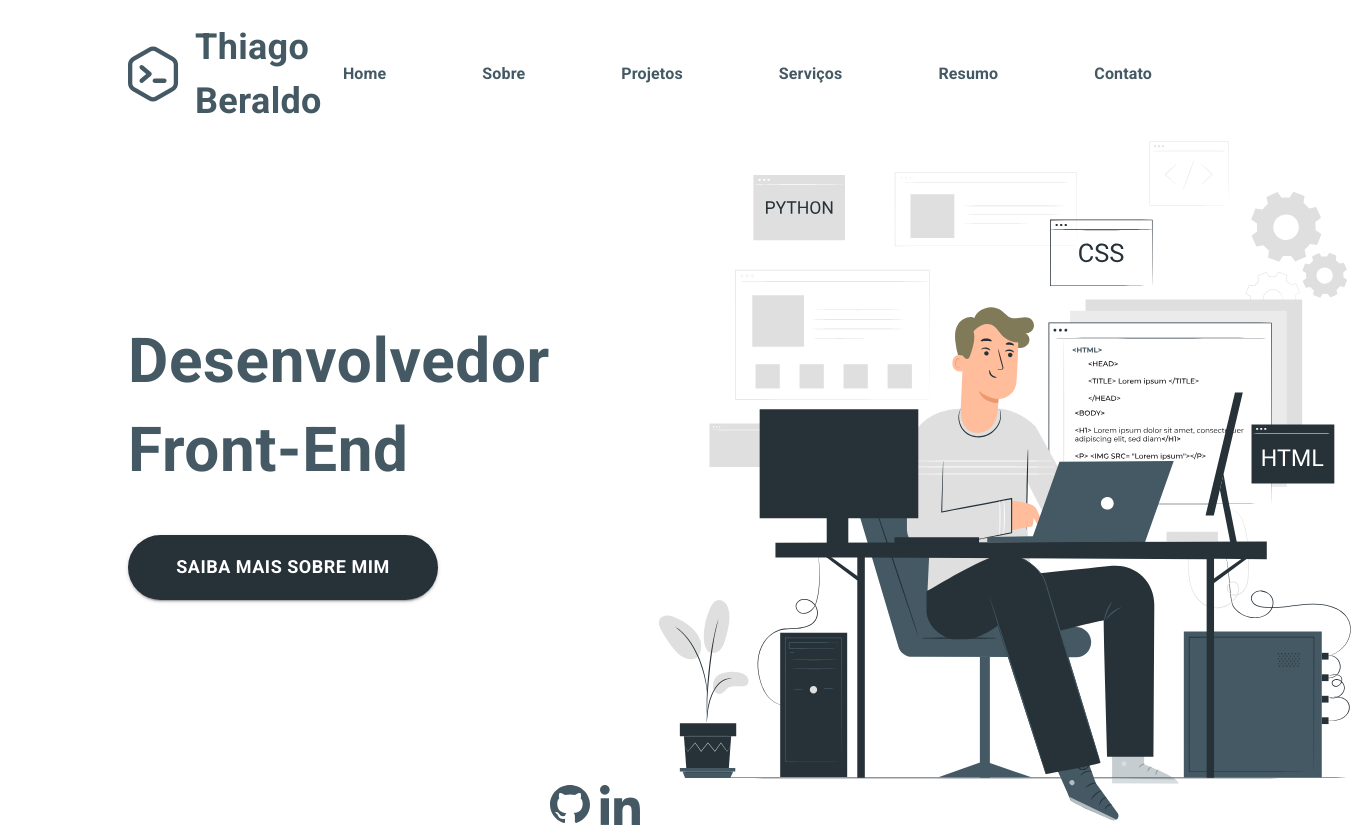
Repository: lenx0/myportfolio
Page: /
An editor plug-in stored every save of this project. The page is shown before and after the next save, followed by the edit.
The browser window is 1280 px wide. The page is 1361 px wide, then 1280 px, then 1361 px, so the pictures cover 1361 px, including what lies to the right of the window. The pictures show the whole page.
The project was rebuilt for these pictures with package versions that can differ from the ones it lists, and the page was loaded fresh each time. Also part of the build but not shown: vite.config.js.

Above is the page before, as saved 2024-06-07 10:42:26.

After the next save:
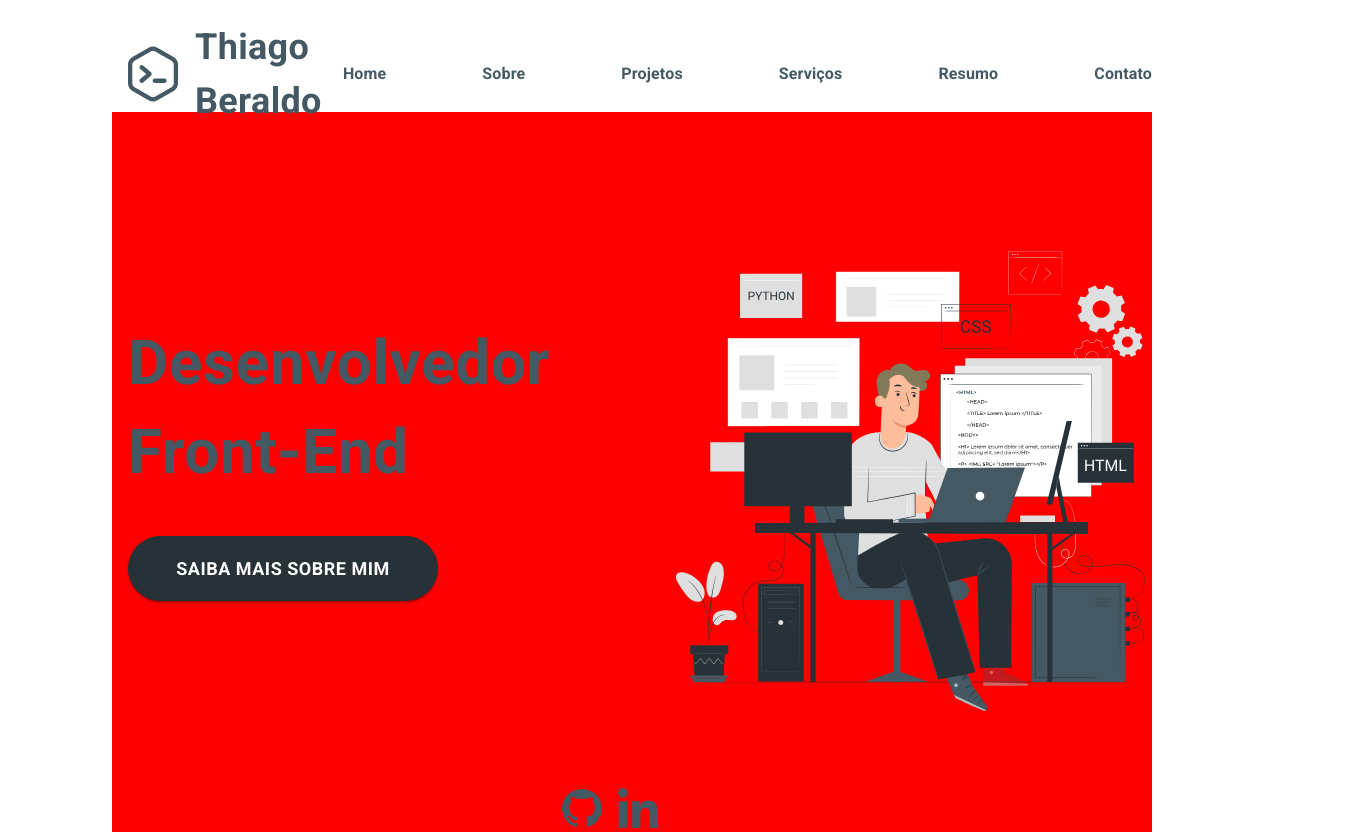
Saved 93 s later.
--- a/src/components/Home/index.jsx
+++ b/src/components/Home/index.jsx
@@ -7,21 +7,21 @@
   return (
     <Grid
       container
-      direction="row"
+      direction={{ xs: 'column', md: 'row' }} // Column on small screens, row on medium and up
       alignItems="center"
       spacing={2}
       wrap="nowrap"
+      sx={{ height: '100vh', backgroundColor: 'red' }} // Optional: background color and full height
     >
-      <Grid item>
+      <Grid item sx={{ textAlign: { xs: 'center', md: 'left' }, mb: { xs: 2, md: 0 } }}>
         <Typography
           variant="body2"
           sx={{
-            fontSize: 62,
+            fontSize: { xs: 32, sm: 48, md: 62 }, // Responsive font size
             fontWeight: 700,
             color: "#445964",
-            flexShrink: 1,
             mb: 5,
-            maxWidth: "50vw",
+            maxWidth: { xs: '90vw', md: '50vw' }, // Responsive max width
           }}
         >
           Desenvolvedor Front-End
@@ -29,11 +29,11 @@
         <Button
           variant="contained"
           sx={{
-            fontSize: 18,
+            fontSize: { xs: 14, sm: 16, md: 18 }, // Responsive font size
             fontWeight: 700,
             backgroundColor: "#263138",
-            width: 310,
-            height: 65,
+            width: { xs: 250, sm: 280, md: 310 }, // Responsive width
+            height: { xs: 50, sm: 60, md: 65 }, // Responsive height
             borderRadius: 20,
             mb: 5,
           }}
@@ -44,20 +44,21 @@
       <Box
         sx={{
           display: "flex",
-          justifyContent: "flex-start",
-          marginTop: "auto",
-          gap: "10px",
+          justifyContent: { xs: "center", md: "flex-start" }, // Center on small screens, left on medium and up
+          mt: "auto",
+          gap: 2,
+          mb: { xs: 2, md: 0 },
         }}
       >
         <Box>
-          <img src={Github} />
+          <img src={Github} alt="Github" style={{ width: '40px', height: '40px' }} /> {/* Optional: Set icon size */}
         </Box>
         <Box>
-          <img src={Linkedin} />
+          <img src={Linkedin} alt="LinkedIn" style={{ width: '40px', height: '40px' }} /> {/* Optional: Set icon size */}
         </Box>
       </Box>
-      <Grid item>
-        <img src={HomeArt} alt="Home Art" />
+      <Grid item sx={{ textAlign: { xs: 'center', md: 'left' } }}>
+        <img src={HomeArt} alt="Home Art" style={{ maxWidth: '100%', height: 'auto' }} /> {/* Responsive image */}
       </Grid>
     </Grid>
   );

After the save that followed:
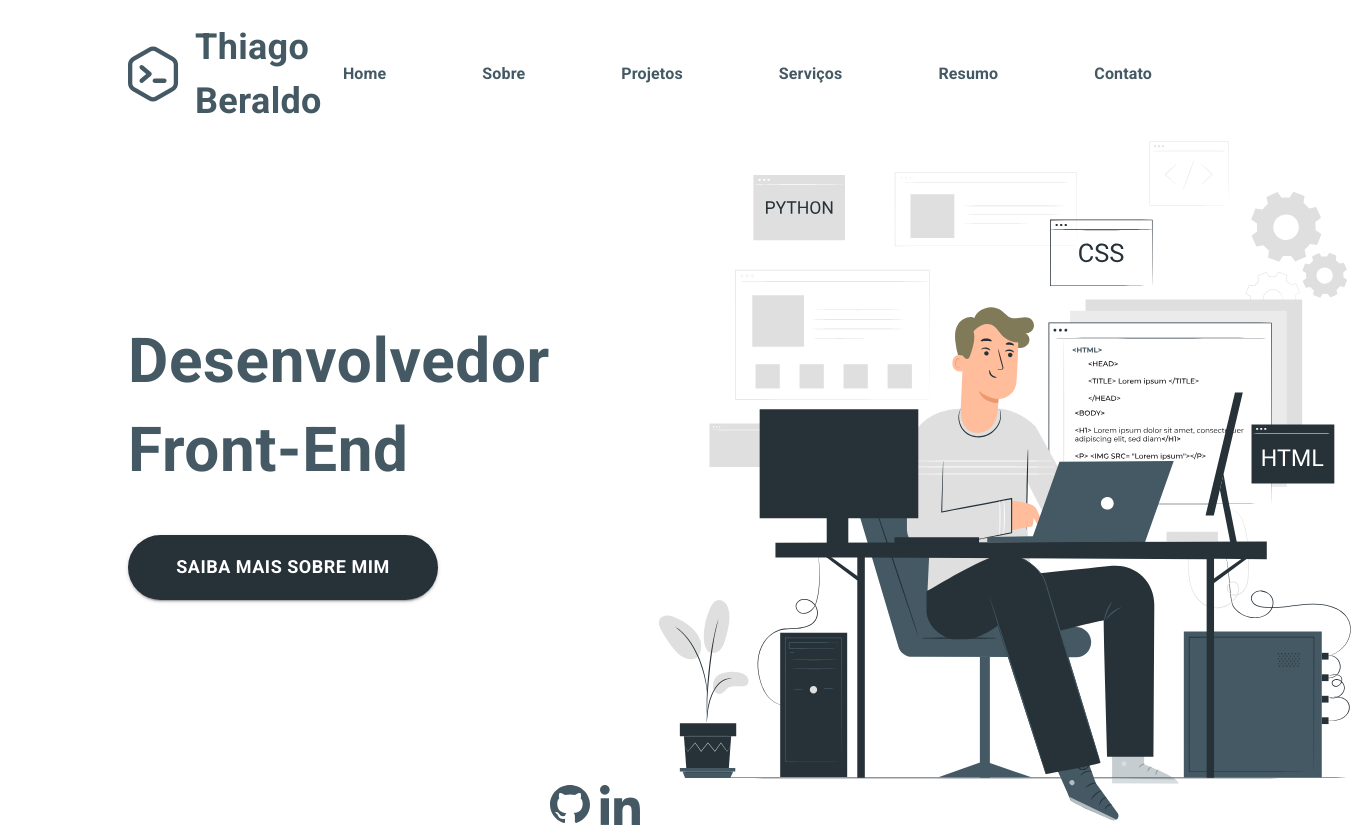
Saved 55 s later.
--- a/src/components/Home/index.jsx
+++ b/src/components/Home/index.jsx
@@ -7,21 +7,21 @@
   return (
     <Grid
       container
-      direction={{ xs: 'column', md: 'row' }} // Column on small screens, row on medium and up
+      direction="row"
       alignItems="center"
       spacing={2}
       wrap="nowrap"
-      sx={{ height: '100vh', backgroundColor: 'red' }} // Optional: background color and full height
     >
-      <Grid item sx={{ textAlign: { xs: 'center', md: 'left' }, mb: { xs: 2, md: 0 } }}>
+      <Grid item>
         <Typography
           variant="body2"
           sx={{
-            fontSize: { xs: 32, sm: 48, md: 62 }, // Responsive font size
+            fontSize: 62,
             fontWeight: 700,
             color: "#445964",
+            flexShrink: 1,
             mb: 5,
-            maxWidth: { xs: '90vw', md: '50vw' }, // Responsive max width
+            maxWidth: "50vw",
           }}
         >
           Desenvolvedor Front-End
@@ -29,11 +29,11 @@
         <Button
           variant="contained"
           sx={{
-            fontSize: { xs: 14, sm: 16, md: 18 }, // Responsive font size
+            fontSize: 18,
             fontWeight: 700,
             backgroundColor: "#263138",
-            width: { xs: 250, sm: 280, md: 310 }, // Responsive width
-            height: { xs: 50, sm: 60, md: 65 }, // Responsive height
+            width: 310,
+            height: 65,
             borderRadius: 20,
             mb: 5,
           }}
@@ -44,21 +44,20 @@
       <Box
         sx={{
           display: "flex",
-          justifyContent: { xs: "center", md: "flex-start" }, // Center on small screens, left on medium and up
-          mt: "auto",
-          gap: 2,
-          mb: { xs: 2, md: 0 },
+          justifyContent: "flex-start",
+          marginTop: "auto",
+          gap: "10px",
         }}
       >
         <Box>
-          <img src={Github} alt="Github" style={{ width: '40px', height: '40px' }} /> {/* Optional: Set icon size */}
+          <img src={Github} />
         </Box>
         <Box>
-          <img src={Linkedin} alt="LinkedIn" style={{ width: '40px', height: '40px' }} /> {/* Optional: Set icon size */}
+          <img src={Linkedin} />
         </Box>
       </Box>
-      <Grid item sx={{ textAlign: { xs: 'center', md: 'left' } }}>
-        <img src={HomeArt} alt="Home Art" style={{ maxWidth: '100%', height: 'auto' }} /> {/* Responsive image */}
+      <Grid item>
+        <img src={HomeArt} alt="Home Art" />
       </Grid>
     </Grid>
   );
